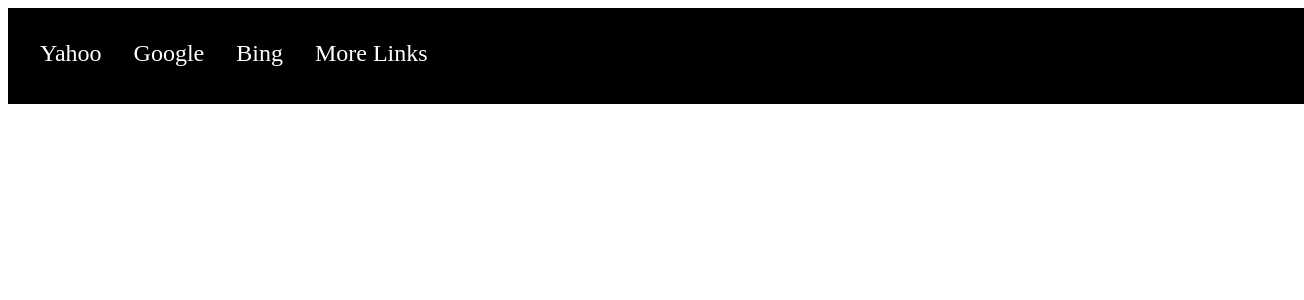
Repository: brody-toth/brody-toth.github.io
Page: index.html
The author's editor kept a record of every edit. The page is drawn from the files as they stood at one moment, then again after the next edit.
The browser window is 1280 px wide. The page is 1304 px wide, then 1280 px, so the pictures cover 1304 px, including what lies to the right of the window. The pictures show the whole page.

Above is the page before.

### index.html
<!DOCTYPE html>

<html>

    <head>
        <title>repl.it</title>

        <style type="text/css">
            .navbar{
                background-color: black;
                width: 100%;
                padding: 16px;
                height: 64px;
            }
            .navbar a:hover, .morelinks:hover{
                background-color: darkgray;
            }

            .dropdown:hover .dropdown-content{
                display: block;
            }

            .dropdown-content{
                display: none;
                position: absolute;
                z-index: 1;
            }
            .dropdown{
                background-color: black;
                color: white;
                float: left;
            }

            .navbar a, .morelinks{
                color: white;
                text-decoration: none;
                font-size: 24px;
                float: left;
                padding: 16px;
            }

            .dropdown-content a{
                float: none;
                display: block;
            }
        </style>
    </head>

    <body>
        <div class="navbar">
            <a href="https://www.yahoo.com">Yahoo</a>
            <a href="https://www.google.com">Google</a>
            <a href="https://www.bing.com">Bing</a>

            <div class="dropdown">
                <div class="morelinks">More Links</div>
                <div class="dropdown-content">
                    <a href="https://www.awseducate.com">AWS Educate</a>
                    <a href="https://www/collegeboard.org">College Board</a>
                </div>
            </div>

        </div>
    </body>

</html>

After the next edit:
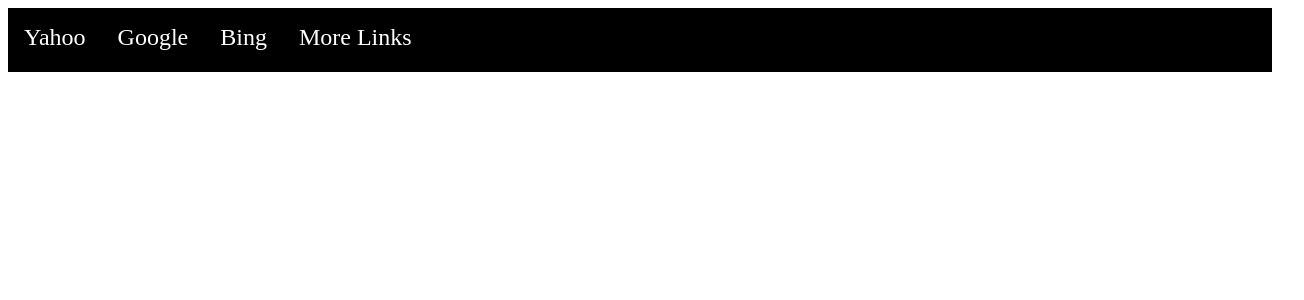
The edit:
--- a/index.html
+++ b/index.html
@@ -9,7 +9,6 @@
             .navbar{
                 background-color: black;
                 width: 100%;
-                padding: 16px;
                 height: 64px;
             }
             .navbar a:hover, .morelinks:hover{
